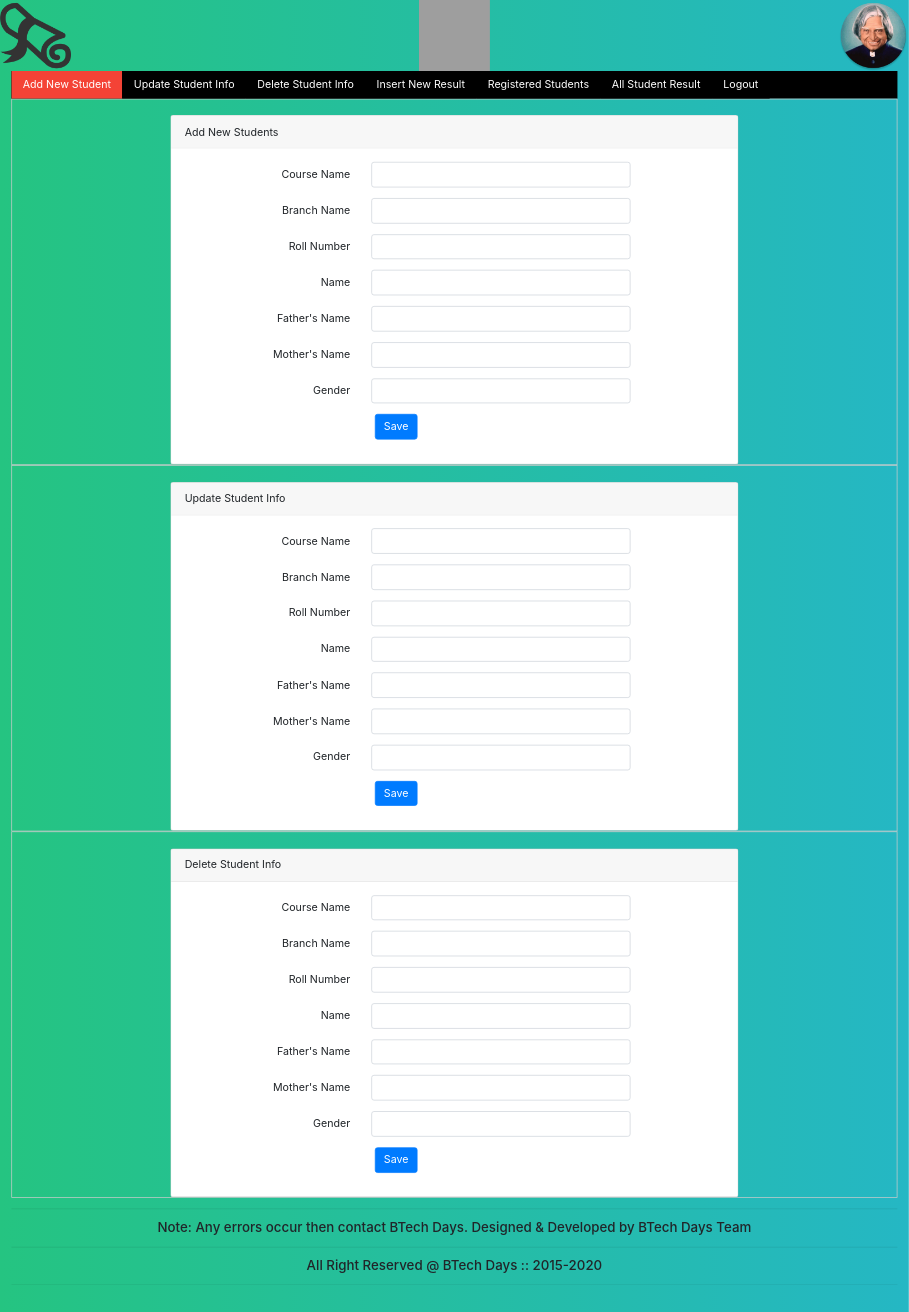
Repository: AlkaDas991/Dbms
Page: http://localhost/Student_Record_Management/adminHome.jsp
The author's editor kept a copy of each file at every save. The page is drawn from the files as they stood at one save, then again after the next save.
The browser window is 1280 px wide. The pictures show the whole page, at 71% of full size.
Pictures or frames that could not be fetched are drawn as grey boxes. Some web fonts or font styles are not loaded; a fallback is used. Some web libraries are served in a nearby version. The page is served by Tomcat 9. Queries for data that is not in the repository find no rows.

Above is the page before, as saved 2021-03-12 12:37:48.
Console error: TypeError: Cannot read properties of undefined (reading 'fn')

After the next save:
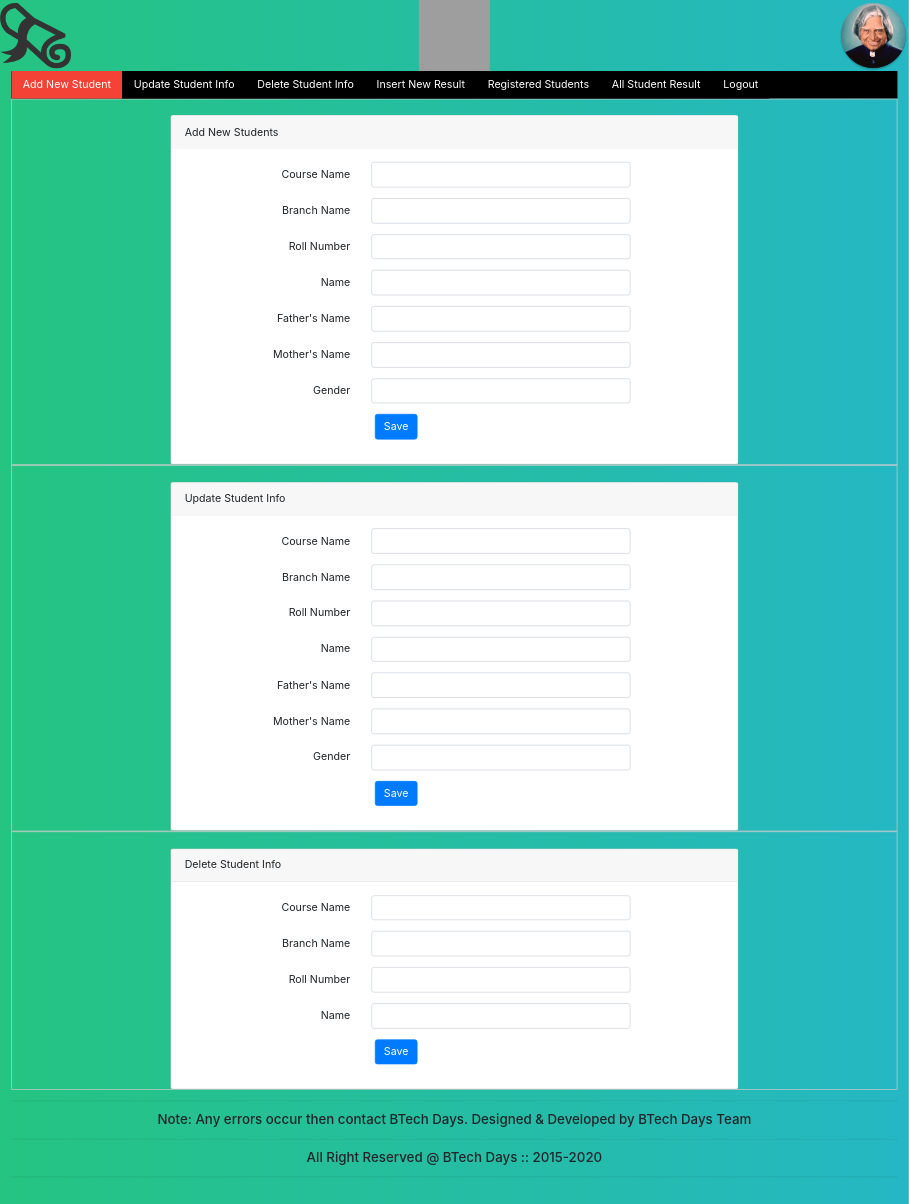
Saved 25 s later.
--- a/Student Record Management/WebContent/adminHome.jsp
+++ b/Student Record Management/WebContent/adminHome.jsp
@@ -283,27 +283,6 @@
                                     <label for="phone_number" class="col-md-4 col-form-label text-md-right">Name</label>
                                     <div class="col-md-6">
                                         <input type="text"  class="form-control" name="name">
-                                    </div>
-                                </div>
-
-                                <div class="form-group row">
-                                    <label for="present_address" class="col-md-4 col-form-label text-md-right">Father's Name</label>
-                                    <div class="col-md-6">
-                                        <input type="text"  class="form-control" name="fatherName">
-                                    </div>
-                                </div>
-
-                                <div class="form-group row">
-                                    <label for="present_address" class="col-md-4 col-form-label text-md-right">Mother's Name</label>
-                                    <div class="col-md-6">
-                                        <input type="text"  class="form-control" name="motherName">
-                                    </div>
-                                </div>
-
-                                <div class="form-group row">
-                                    <label for="permanent_address" class="col-md-4 col-form-label text-md-right">Gender</label>
-                                    <div class="col-md-6">
-                                        <input type="text" class="form-control" name="gender">
                                     </div>
                                 </div>
 
